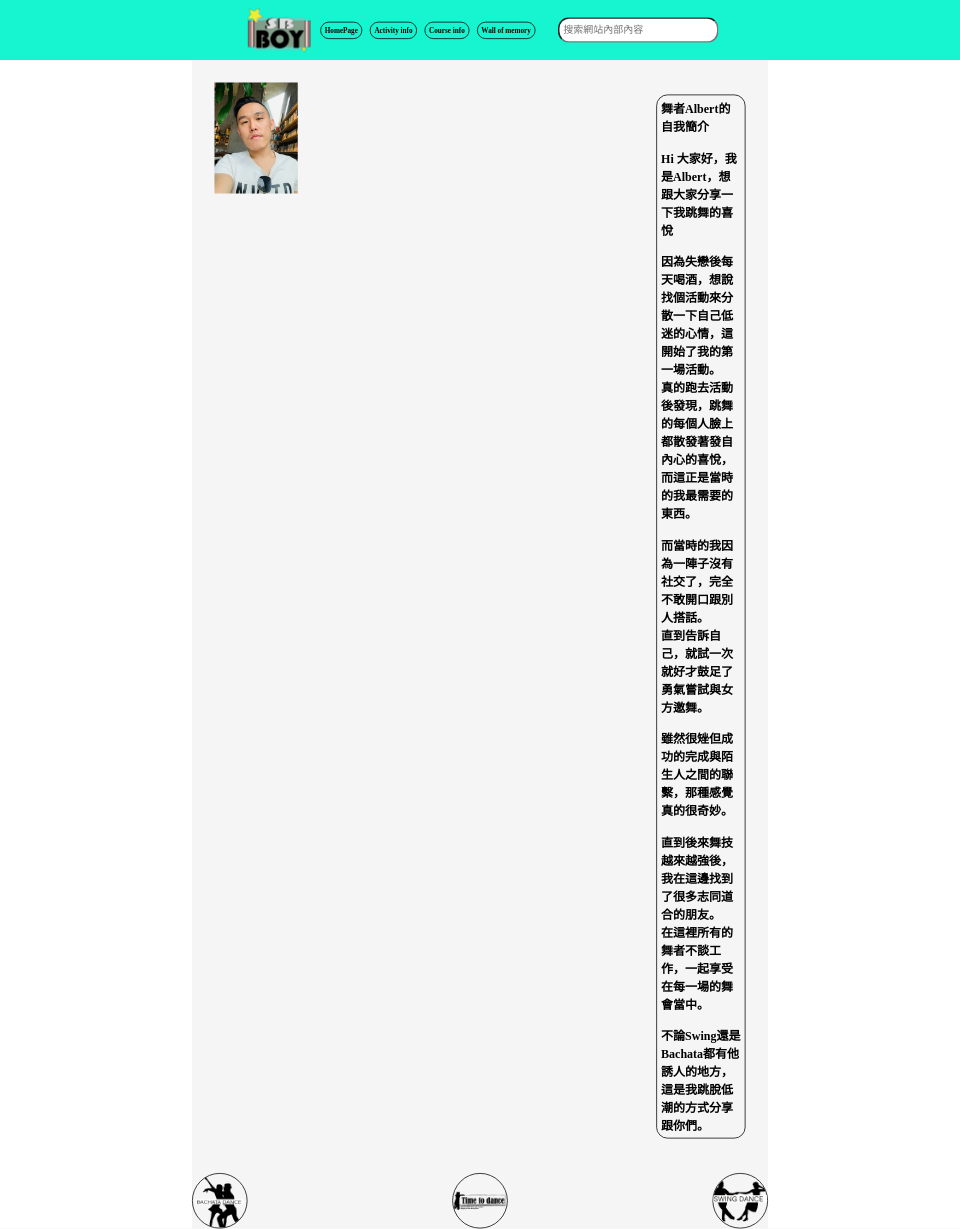
Repository: AlbertKoii/0718_Learning_Javascript
Page: aboutme/aboutme_try.html
These files come from the project's save history. The page is drawn as it stood at one moment and after the next save; the edit follows.
The browser window is 1280 px wide. The pictures show the whole page, at 75% of full size.

Above is the page before, as saved 2023-07-26 13:35:30.
Not found: aboutme/script.js

### aboutme/aboutme_try.html
<!DOCTYPE html>
<html lang="en">
<head>
    <meta charset="UTF-8">
    <meta name="viewport" content="width=device-width, initial-scale=1.0">
    <link rel="stylesheet" href="aboutme.try.css">
    <title>About me</title>
</head>
<body>
    <!-- 第一層 -->
    <div class="search-bar">
        <img class="logo" src="../img/logo.png" alt="圖片">
        <div class="links">
            <a class="link" href="../index.html">HomePage</a>
            <a class="link" href="./Activity info/ActivityInfo.html">Activity info</a>
            <a class="link" href="./CourseInfo/Courseinfo.html">Course info</a>
            <a class="link" href="./WallOfMemory.html/WallOfMemory.html">Wall of memory</a>
        </div>
        <div class="search">
            <input type="text" placeholder="搜索網站內部內容">
        </div>
    </div>

    <!-- 第二層 -->
    <div class="content">
        <div class="left">
            <img src="../img/Myhead.jpg" alt="個人照片">
        </div>
        <div class="right">
            <p style="font-size: 16px"><b>舞者Albert的自我簡介</b><b>
            <br><br>
            Hi 大家好，我是Albert，想跟大家分享一下我跳舞的喜悅<br>
            <br>
            因為失戀後每天喝酒，想說找個活動來分散一下自己低迷的心情，這開始了我的第一場活動。<br>
            真的跑去活動後發現，跳舞的每個人臉上都散發著發自內心的喜悅，<br>
            而這正是當時的我最需要的東西。<br>
            <br>
            而當時的我因為一陣子沒有社交了，完全不敢開口跟別人搭話。<br>
            直到告訴自己，就試一次就好才鼓足了勇氣嘗試與女方邀舞。<br>
            <br>
            雖然很矬但成功的完成與陌生人之間的聯繫，那種感覺真的很奇妙。<br>
            <br>
            直到後來舞技越來越強後，我在這邊找到了很多志同道合的朋友。<br>
            在這裡所有的舞者不談工作，一起享受在每一場的舞會當中。<br>
            <br>
            不論Swing還是Bachata都有他誘人的地方，這是我跳脫低潮的方式分享跟你們。</b>
            </p>
        </div>
    </div>

    <!-- 第三層 -->
    <div class="Icon">
        <img src="../img/BachataDanceIcon.png" alt="圖片1">
        <img src="../img/DanceIcon_01.png" alt="圖片2">
        <img src="../img/SwingDanceIcon.png" alt="圖片3">
    </div>

    <script src="script.js" defer></script>
</body>
</html>

### aboutme/aboutme.try.css
*{
    position: relative;
    font-family: 微軟正黑體;
}

html, body{
    padding: 0px;
    margin: 0px;

}
/* 第一層樣式 */
.search-bar {
    display: flex;
    align-items: center;
    justify-content:center;
    padding: 10px;
    text-overflow: ellipsis;
    background-color: #16F4D0;
}

.search-bar input {
    width: 200px;
    height: 3vh;
    padding: 5px;
    position: relative;
}
.logo{
    width: 100px;
}
.links {
    font-size: .6em;
    display: flex;
    white-space: nowrap;
}

.link {
    margin: 0 5px;
    padding: 5px;
    cursor: pointer;
    border-radius: 15px;
    border: solid .4px black;
    text-decoration: none;
    color: black;
    font-weight:700
}

.search{
    margin-left: 2%;
}

.search input{
    border-radius: 15px;
    height: 20px;
}
/* 第二層樣式 */
.content {
    display: flex;
    padding: 20px;
    background-color: #f5f5f5;
    text-overflow: ellipsis;
}

.content{
    margin-left:20%;
    margin-right: 20%;
    padding: 30px;
}

.left img {
    width: 20%;
    height: auto;
    object-fit: cover;
}
.right {
    width: 70%;
    margin-left: 5%;
    }
.right p{
    border: 1px solid black;
    border-radius: 15px;
    padding: 5px;
}


/* 第三層樣式 */
.Icon {
    display: flex;
    margin-left:20%;
    margin-right: 20%;
    justify-content: space-between;
    background-color: #f5f5f5;
}
.Icon img{
    height: 10vh;
    width: auto;
    padding: auto;
    border: 1px solid black;
    border-radius: 100%;
}

After the next save:
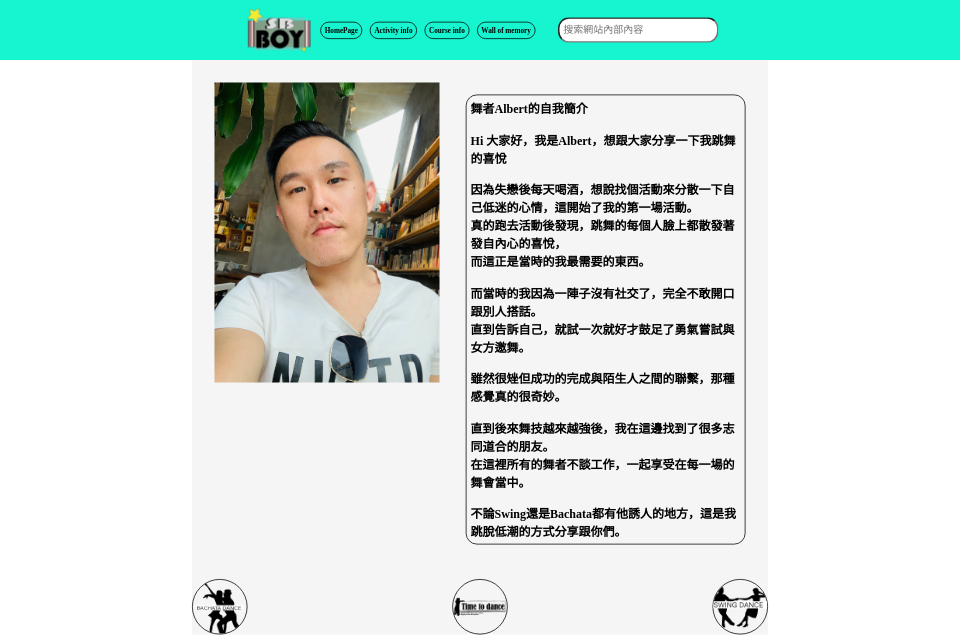
Saved 6 s later.
--- a/aboutme/aboutme.try.css
+++ b/aboutme/aboutme.try.css
@@ -67,7 +67,7 @@ html, body{
 }
 
 .left img {
-    width: 20%;
+    width: 300px;
     height: auto;
     object-fit: cover;
 }
